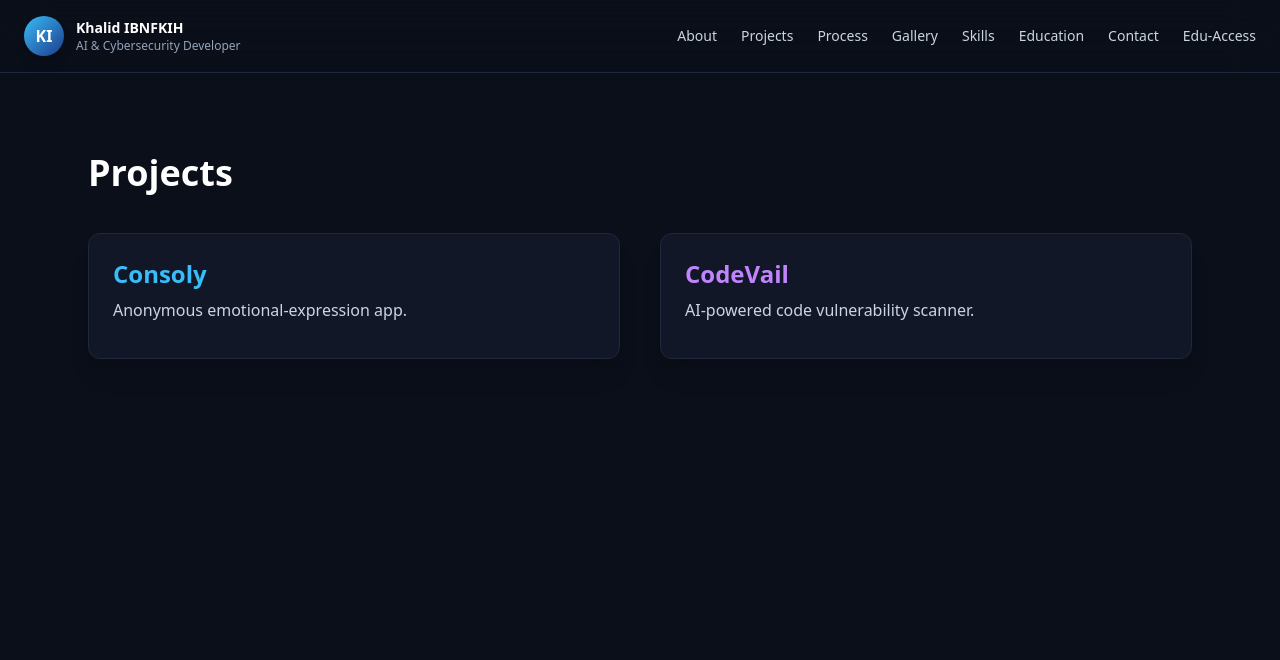
Repository: IBNKHALID06/KhalidAlxPortfolio
Page: /projects
An editor plug-in stored every save of this project. The page is shown before and after the next save, followed by the edit.
The browser window is 1280 px wide. The pictures show the whole page.
The project was rebuilt for these pictures with package versions that can differ from the ones it lists, and the page was loaded fresh each time. Also part of the build but not shown: vite.config.js, src/pages/About.tsx, src/pages/Process.tsx, src/pages/Gallery.tsx, src/pages/Skills.tsx, src/pages/Education.tsx, src/pages/Contact.tsx, src/pages/EduAccess.tsx.

Above is the page before, as saved 2025-11-30 20:13:00.

### index.html
<!DOCTYPE html>
<html lang="en">
  <head>
    <meta charset="UTF-8" />
    <meta name="viewport" content="width=device-width, initial-scale=1.0" />
    <title>Khalid Portfolio</title>
  </head>
  <body class="bg-[#0b0f19]">
    <div id="root"></div>
    <script type="module" src="/src/main.tsx"></script>
  </body>
</html>

### src/App.tsx
import { BrowserRouter as Router, Routes, Route, Navigate } from "react-router-dom";
import Navbar from "./components/Navbar";
import About from "./pages/About";
import Projects from "./pages/Projects";
import Process from "./pages/Process";
import Gallery from "./pages/Gallery";
import Skills from "./pages/Skills";
import Education from "./pages/Education";
import Contact from "./pages/Contact";
import EduAccess from "./pages/EduAccess";

function App() {
  return (
    <Router>
      <div className="min-h-screen bg-[#0b0f19] text-white font-sans">
        <Navbar />
        <main>
          <Routes>
            <Route path="/" element={<Navigate to="/about" replace />} />
            <Route path="/about" element={<About />} />
            <Route path="/projects" element={<Projects />} />
            <Route path="/process" element={<Process />} />
            <Route path="/gallery" element={<Gallery />} />
            <Route path="/skills" element={<Skills />} />
            <Route path="/education" element={<Education />} />
            <Route path="/contact" element={<Contact />} />
            <Route path="/eduaccess" element={<EduAccess />} />
          </Routes>
        </main>
      </div>
    </Router>
  );
}

export default App;

### src/index.css
@tailwind base;
@tailwind components;
@tailwind utilities;

body {
  background-color: #0b0f19;
  color: white;
}

### src/components/Navbar.tsx
import { Link } from "react-router-dom";
import { useState } from "react";

export default function Navbar() {
  const [open, setOpen] = useState(false);
  const links = ["about", "projects", "process", "gallery", "skills", "education", "contact", "eduaccess"];

  return (
    <header className="sticky top-0 z-50 bg-[#0b0f19]/80 backdrop-blur-xl border-b border-slate-800">
      <div className="max-w-7xl mx-auto px-6 py-4 flex justify-between items-center">
        <Link to="/about" className="flex items-center gap-3 select-none">
          <div className="w-10 h-10 rounded-full bg-gradient-to-br from-sky-400 to-blue-900 flex items-center justify-center font-bold text-white shadow-lg">
            KI
          </div>
          <div>
            <h1 className="text-sm font-semibold">Khalid IBNFKIH</h1>
            <p className="text-xs text-slate-400">AI & Cybersecurity Developer</p>
          </div>
        </Link>

        <nav className="hidden md:flex gap-6 text-sm">
          {links.map((item) => (
            <Link key={item} to={`/${item}`} className="text-slate-300 hover:text-sky-400 transition">
              {item === "eduaccess" ? "Edu-Access" : item.charAt(0).toUpperCase() + item.slice(1)}
            </Link>
          ))}
        </nav>

        <button className="md:hidden text-2xl" onClick={() => setOpen(!open)}>
          {open ? "✕" : "☰"}
        </button>
      </div>

      {open && (
        <div className="md:hidden px-6 pb-4 space-y-2 bg-[#111827] border-t border-slate-800">
          {links.map((item) => (
            <Link
              key={item}
              to={`/${item}`}
              onClick={() => setOpen(false)}
              className="block text-slate-300 hover:text-sky-400 py-1"
            >
              {item === "eduaccess" ? "Edu-Access" : item.charAt(0).toUpperCase() + item.slice(1)}
            </Link>
          ))}
        </div>
      )}
    </header>
  );
}

### src/pages/Projects.tsx
import Page from "../components/Page";
import ProjectCard from "../components/ProjectCard";

export default function Projects() {
  return (
    <Page>
      <h2 className="text-4xl font-bold mb-10">Projects</h2>

      <div className="grid md:grid-cols-2 gap-10">
        <ProjectCard title="Consoly" color="text-sky-400" desc="Anonymous emotional-expression app." />
        <ProjectCard title="CodeVail" color="text-purple-400" desc="AI-powered code vulnerability scanner." />
      </div>
    </Page>
  );
}

### src/components/Page.tsx
import { motion } from "framer-motion";
import React from "react";

type Props = { children: React.ReactNode };

export default function Page({ children }: Props) {
  return (
    <motion.section
      initial={{ opacity: 0, y: 20 }}
      animate={{ opacity: 1, y: 0 }}
      transition={{ duration: 0.4 }}
      className="max-w-6xl mx-auto px-6 py-20"
    >
      {children}
    </motion.section>
  );
}

### src/components/ProjectCard.tsx
import { Link } from "react-router-dom";

type Props = {
  title: string;
  desc: string;
  color: string;
  link?: string;
};

export default function ProjectCard({ title, desc, color, link }: Props) {
  return (
    <div className="p-6 bg-[#111726] border border-slate-800 rounded-xl shadow-xl">
      <h3 className={`text-2xl font-semibold ${color}`}>{title}</h3>
      <p className="text-slate-300 mt-2 mb-3">{desc}</p>
      {link && <Link to={link} className="text-sky-400 hover:underline text-sm">View Case Study →</Link>}
    </div>
  );
}

Loaded but not shown: src/main.tsx (common file); tailwind.config.js (common file)

After the next save:
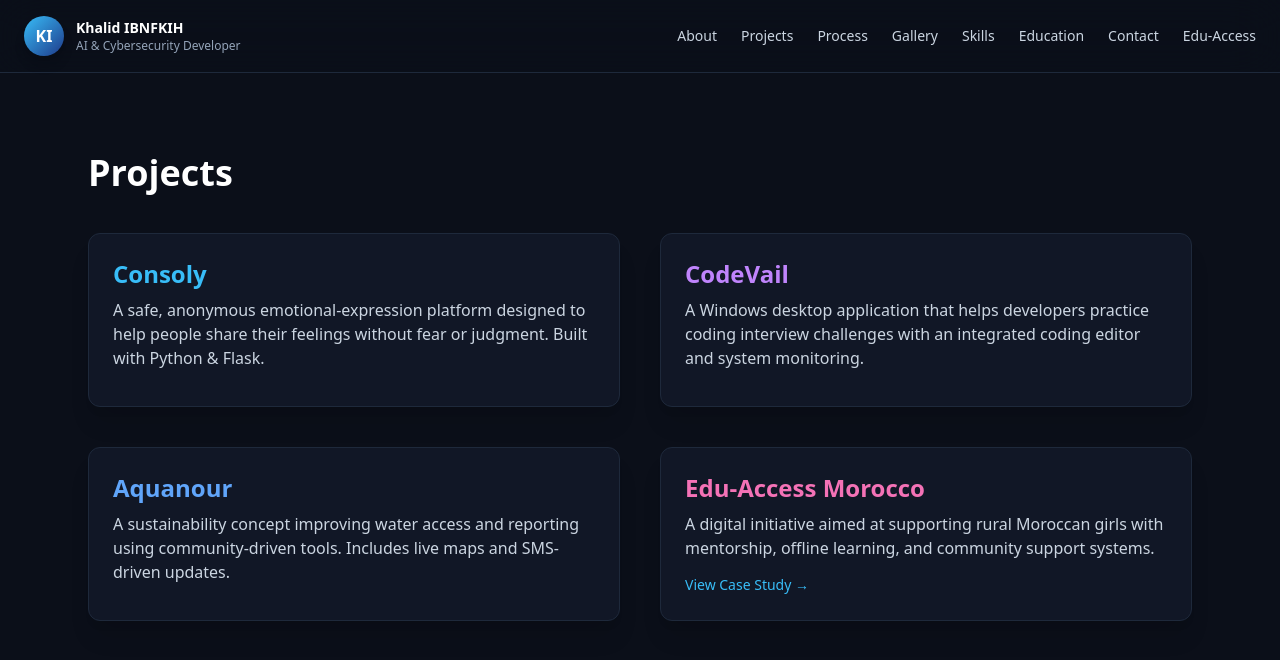
Saved 2 s later.
--- a/src/pages/Projects.tsx
+++ b/src/pages/Projects.tsx
@@ -7,8 +7,27 @@ export default function Projects() {
       <h2 className="text-4xl font-bold mb-10">Projects</h2>
 
       <div className="grid md:grid-cols-2 gap-10">
-        <ProjectCard title="Consoly" color="text-sky-400" desc="Anonymous emotional-expression app." />
-        <ProjectCard title="CodeVail" color="text-purple-400" desc="AI-powered code vulnerability scanner." />
+        <ProjectCard
+          title="Consoly"
+          color="text-sky-400"
+          desc="A safe, anonymous emotional-expression platform designed to help people share their feelings without fear or judgment. Built with Python & Flask."
+        />
+        <ProjectCard
+          title="CodeVail"
+          color="text-purple-400"
+          desc="A Windows desktop application that helps developers practice coding interview challenges with an integrated coding editor and system monitoring."
+        />
+        <ProjectCard
+          title="Aquanour"
+          color="text-blue-400"
+          desc="A sustainability concept improving water access and reporting using community-driven tools. Includes live maps and SMS-driven updates."
+        />
+        <ProjectCard
+          title="Edu-Access Morocco"
+          color="text-pink-400"
+          desc="A digital initiative aimed at supporting rural Moroccan girls with mentorship, offline learning, and community support systems."
+          link="/eduaccess"
+        />
       </div>
     </Page>
   );
